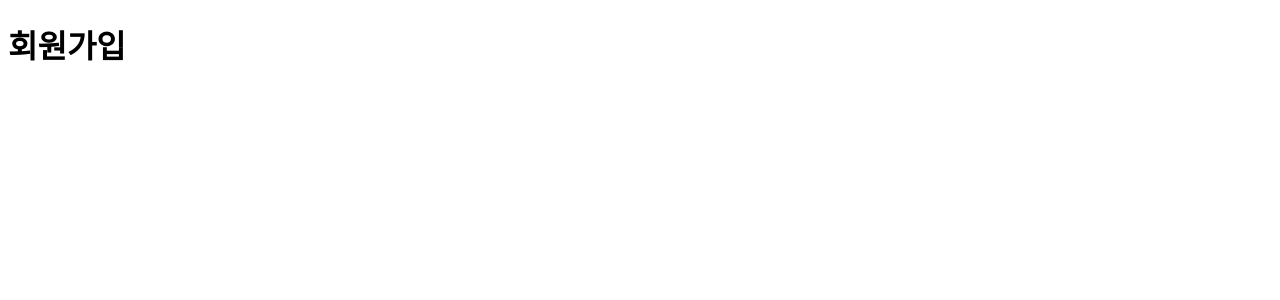
Repository: Yim-HaEun/servlet-jsp-workspace
Page: http://localhost/Join/register.jsp
The author's editor kept a copy of each file at every save. The page is drawn from the files as they stood at one save, then again after the next save.
The browser window is 1280 px wide. The pictures show the whole page.
The page is served by Tomcat 9.

Above is the page before, as saved 2023-11-07 00:42:32.

### Join/src/main/webapp/register.jsp
<%@ page language="java" contentType="text/html; charset=EUC-KR"
    pageEncoding="EUC-KR"%>
<!DOCTYPE html>
<html>
<head>
<meta charset="EUC-KR">
<title>Insert title here</title>
</head>
<body>
<h1>회원가입</h1>

</body>
</html>

### Join/src/main/webapp/Styles.css
@charset "EUC-KR";
h1{
	background-color:#fff;

}

After the next save:
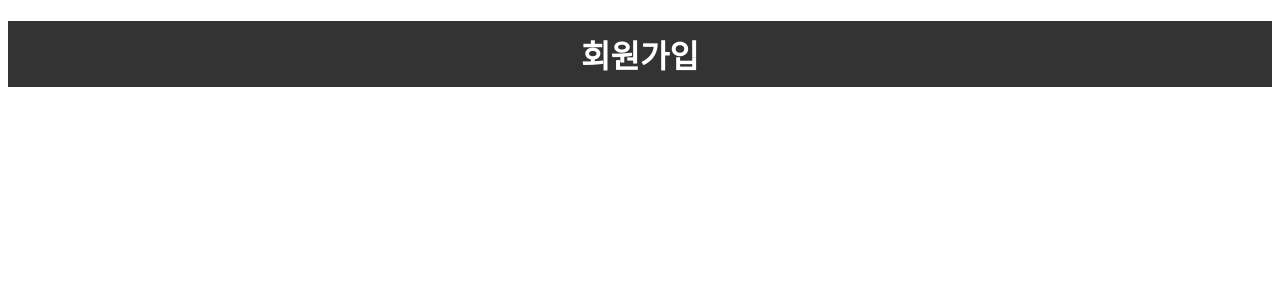
Saved 3 min 8 s later.
--- a/Join/src/main/webapp/register.jsp
+++ b/Join/src/main/webapp/register.jsp
@@ -5,6 +5,7 @@
 <head>
 <meta charset="EUC-KR">
 <title>Insert title here</title>
+<link rel="stylesheet" type="text/css" href="Styles.css">
 </head>
 <body>
 <h1>회원가입</h1>
--- a/Join/src/main/webapp/Styles.css
+++ b/Join/src/main/webapp/Styles.css
@@ -1,5 +1,8 @@
 @charset "EUC-KR";
 h1{
-	background-color:#fff;
+	background-color:#333;
+	color:#fff;
+	padding :10px;
+	text-align : center;
 
 }
